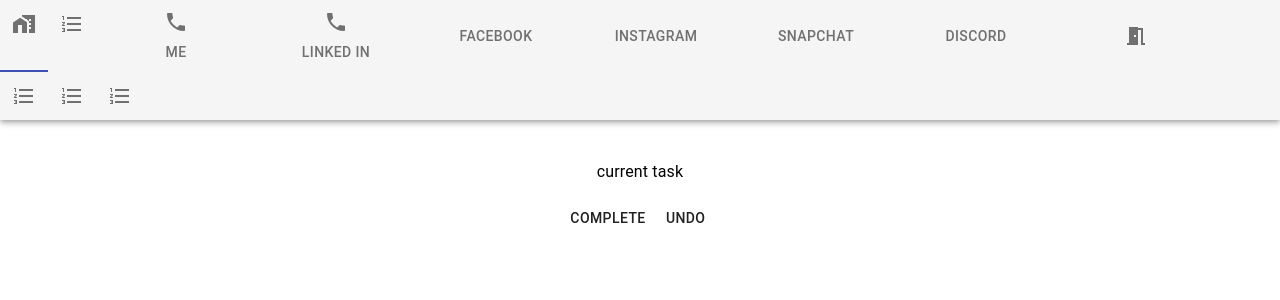
Repository: hossamsulleman1/CONTACTME
Page: / (app in my-app/)
These files come from the project's save history. The page is drawn as it stood at one moment and after a run of saves; the edit follows.
The browser window is 1280 px wide. The pictures show the whole page.
The project was rebuilt for these pictures with package versions that can differ from the ones it lists, and the page was loaded fresh each time. Also part of the build but not shown: my-app/src/Components/PageProp.jsx, my-app/src/Components/ProfileFolder/FriendsAvatarList.jsx, my-app/src/Components/ProfileFolder/Content.jsx.

Above is the page before, as saved 2020-11-08 11:23:38.

After the next 3 saves:
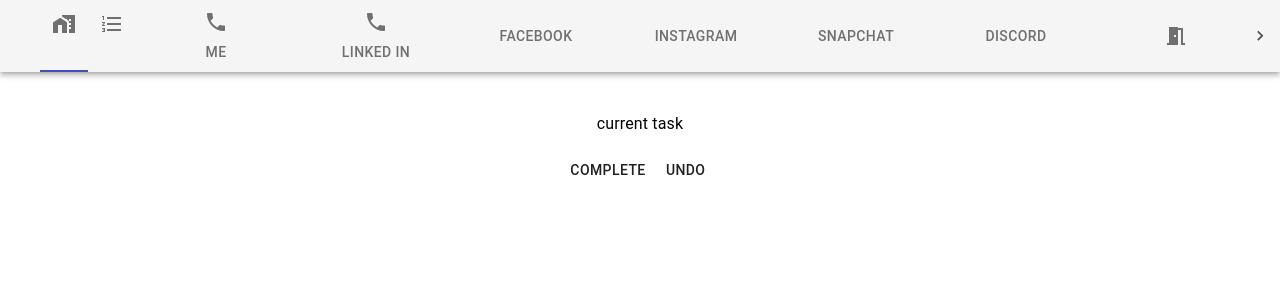
The 3 saves are shown as one change because they came seconds apart.
The last was saved 54 s later.
--- a/my-app/src/Components/IconNav.jsx
+++ b/my-app/src/Components/IconNav.jsx
@@ -110,8 +110,9 @@ export default function IconNav() {
           <Tab label="Snapchat" {...a11yProps(4)} />
           <Tab label="Discord" {...a11yProps(5)} />
           <Tab icon={<MeetingRoomIcon />} {...a11yProps(6)} />
-        </Tabs>
-        <div className="flexbox">
+
+
+          <div className="flexbox">
         <div className="floatRight">
             <IconButton
               aria-label="delete"
@@ -141,6 +142,9 @@ export default function IconNav() {
           </div>
         </div>
 
+        </Tabs>
+
+
       </AppBar>
       <TabPanel value={value} index={0}>
         <Preview></Preview>
